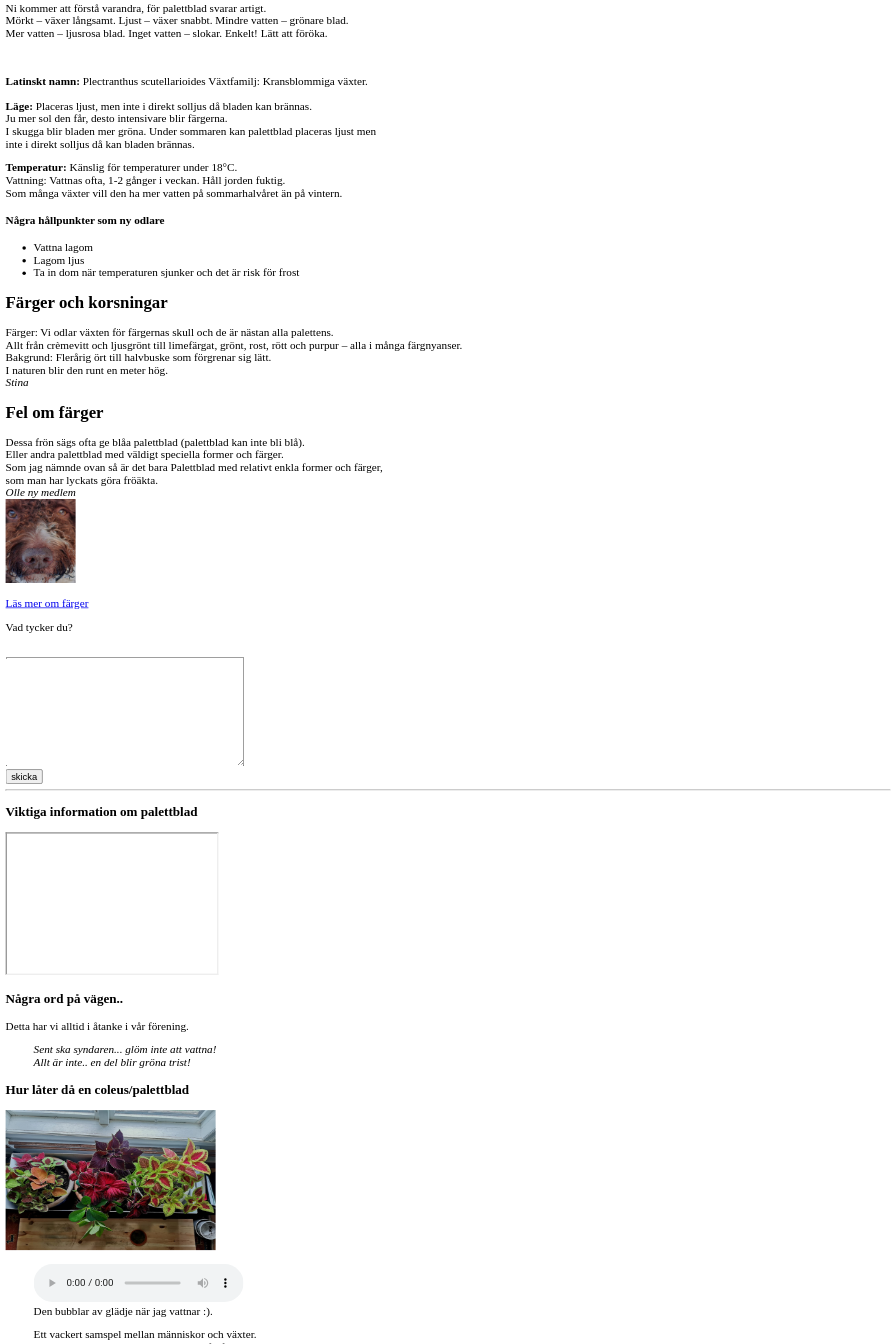
Repository: Webutveckling-20-21/Uppgift-1
Page: blogg.html
These files come from the project's save history. The page is drawn as it stood at one moment and after the next save; the edit follows.
The browser window is 1280 px wide. The pictures show the part of the page from y = 337 to 2257 px (the page is 2975 px tall), at 70% of full size.
Pictures or frames that could not be fetched are drawn as grey boxes.

Above is the page before, as saved 2021-09-07 12:29:28.

### blogg.html
<!DOCTYPE html>
<html lang="sv">

<head>
    <meta charset="UTF-8">
    <meta name="viewport" content="width=device-width, initial-scale=1.0">
    <title>Föreningens blogg</title>
</head>

<body>
    <header>
        <h1>Palettbloggen</h1>
        <!-- Här läggs alla länkar in-->
        <a href="blogg.html"><b> Blogga om paletter</b></a>&nbsp;&nbsp;&nbsp;&nbsp;&nbsp;&nbsp;&nbsp;&nbsp;
        <a href="verksamheten.html"><b> Vad vi gör</b></a>&nbsp;&nbsp;&nbsp;&nbsp;&nbsp;&nbsp;&nbsp;&nbsp;
        <a href="medlemskap.html"><b>Bli medlem</b></a>

    </header>
    <main>
        <section>
            <article>
                <!-- första blogginlägget -->




                  <br>
               <h3> <b> Några ord från ordföranden</b></h3>
                      <img src="images/ord.jpg" width="100" height="100" alt="Ordförande"> <br>
                       <h4>Lite om paletters skötsel</h4>
                </b></p>

                <p> Ni kommer att förstå varandra, för palettblad svarar artigt. <br> Mörkt – växer långsamt. Ljust
                    –
                    växer
                    snabbt. Mindre vatten – grönare blad. <br> Mer vatten – ljusrosa blad. Inget vatten – slokar.
                    Enkelt!
                    Lätt att föröka. </p> <br>

                <p> <b> Latinskt namn:</b> Plectranthus scutellarioides
                    Växtfamilj: Kransblommiga växter. <br> <br>



                   <b> Läge:</b> Placeras ljust, men inte i direkt solljus då bladen kan brännas. <br>
                    Ju mer sol den får, desto
                    intensivare blir färgerna. <br> I skugga blir bladen mer gröna.
                    Under sommaren kan palettblad placeras ljust men <br> inte i direkt solljus då kan bladen
                    brännas.
                    <br>
                </p>

                <b> Temperatur:</b> Känslig för temperaturer under 18°C. <br>

                <b></b> Vattning: Vattnas ofta, 1-2 gånger i veckan. Håll jorden fuktig. <br> Som många växter vill den ha
                mer
                vatten på sommarhalvåret än på vintern. <br>

                <h4>Några hållpunkter som ny odlare</h4>
                <ul>
                    <li>Vattna lagom</li>
                    <li>Lagom ljus</li>
                    <li>Ta in dom när temperaturen sjunker och det är risk för frost</li>
                </ul>
                </p>
            </article>

            <article>
                <!-- Andra inlägget  -->
                <h2>Färger och korsningar</h2>
                <p> Färger: Vi odlar växten för färgernas skull och de är nästan alla palettens. <br> Allt från
                    crèmevitt
                    och ljusgrönt till limefärgat, grönt, rost, rött och purpur – alla i många färgnyanser. <br>
                    Bakgrund:
                    Flerårig ört till halvbuske som förgrenar sig lätt. <br> I naturen blir den runt en meter hög. <br>
                    <i> Stina</i>
                </p>


            </article>

            <article>
                <!-- Tredje inlägget -->
                <h2>Fel om färger</h2>
                <p> Dessa frön sägs ofta ge blåa palettblad (palettblad kan inte bli blå). <br> Eller andra palettblad
                    med
                    väldigt speciella former och färger. <br> Som jag nämnde ovan så är det bara Palettblad med relativt
                    enkla former och färger, <br> som man har lyckats göra fröäkta. <br>
                    <i>Olle ny medlem</i>
                    <br>
                    <img src="images/olle.jpg" width="100" height="120" alt="olle">
                </p>

                <a href="https://coleus.blogg.se/">Läs mer om färger</a>
            </article>
            <label for="bloggpost">
                <p>Vad tycker du?</p>
            </label><br>
            <textarea name="" id="bloggpost" cols="40" rows="10"></textarea><br>
            <input type="submit" value="skicka">
        </section>
    </main>
    <hr>
    <aside>
        <section>
            <article>
                <h3>Viktiga information om palettblad</h3>

                <iframe src="https://youtu.be/BvaeieAXEZY" height="200" width="300" title="Iframe Example"></iframe>
            </article>
        </section>
        <article>
            <h3>Några ord på vägen..</h3>
            Detta har vi alltid i åtanke i vår förening.
            <!-- ett element för citat -->
            <blockquote>
                <i> Sent ska syndaren... glöm inte att vattna!</i>
                <br>
                <i> Allt är inte.. en del blir gröna trist!</i>
                <br>
            </blockquote>
            <h3>Hur låter då en coleus/palettblad</h3>
            <img src="images/pal.jpg" width="300" height="200" alt="en palett">
            <figure>
                <audio controls src="sounds/w.oga"></audio>
                <figcaption>Den bubblar av glädje när jag vattnar :).</figcaption>

                <p> Ett vackert samspel mellan människor och växter. <br>
                    <bold> Detta och mycket annat penetrerar vi på våra möten..</bold>
                </p>
            </figure>


            <figure>
                <blockquote>
                    <p>Det var en vacker aprildag ocg jag tittade på mina paletter och upptäckte till min
                        bestörtning-ohyra.</p>
                </blockquote>
                <figcaption> <cite><a href="https://coleus.blogg.se/2019/july/ohyra-trips-spinn-och-mjoldagg.html">
                            Fasan- ohyra - trips, spinn och mjöldagg</a></cite> </figcaption>
            </figure>

        </article>
        <hr>
        <section>
            <article>
                <h3>Var växer då palettblad?</h3>
                <p>
                    <b> <i> Här har vi en växplats som vi lyckats lokalisera
                            Koarp 266 Halland nära skånegränsen. </i> </b> <br> <br>
                    <hr>

                    <iframe width="300" height="200" src="https://kartor.eniro.se/m/GUsQ0">
                    </iframe> <br>

                    <b> Här ser ni en odlare </b><br>
                    <img src="images/odl.jpg" width="100" height="100" alt="en odlare"> <br>

                </p>
                <hr>
            </article>
        </section>

    </aside> <br><br>
    <hr>
    <footer>
        <p> &copy; Palettföreningen</p>
        <nav>
            <p>
                <a href="blogg.html">Startsidan</a> -
                <a href="villkor.html">Användarvillkor</a> -
                <a href="kontakt.html">Kontakt</a>
            </p>
        </nav>


    </footer>
    <hr>
</body>


</html>

After the next save:
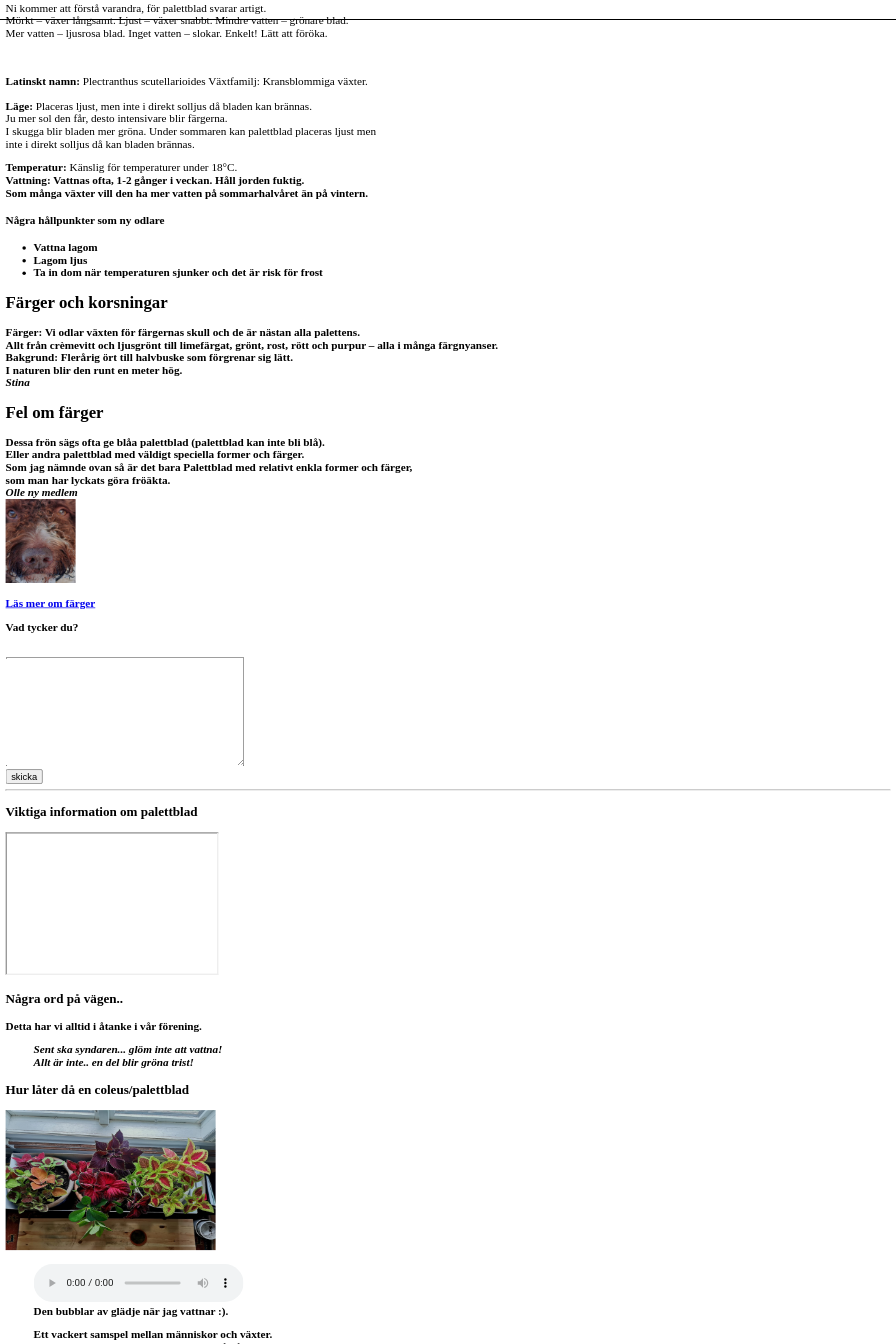
Saved 10 s later.
--- a/blogg.html
+++ b/blogg.html
@@ -52,7 +52,7 @@
 
                 <b> Temperatur:</b> Känslig för temperaturer under 18°C. <br>
 
-                <b></b> Vattning: Vattnas ofta, 1-2 gånger i veckan. Håll jorden fuktig. <br> Som många växter vill den ha
+                <b> Vattning: Vattnas ofta, 1-2 gånger i veckan. Håll jorden fuktig. <br> Som många växter vill den ha
                 mer
                 vatten på sommarhalvåret än på vintern. <br>
 

After the save that followed:
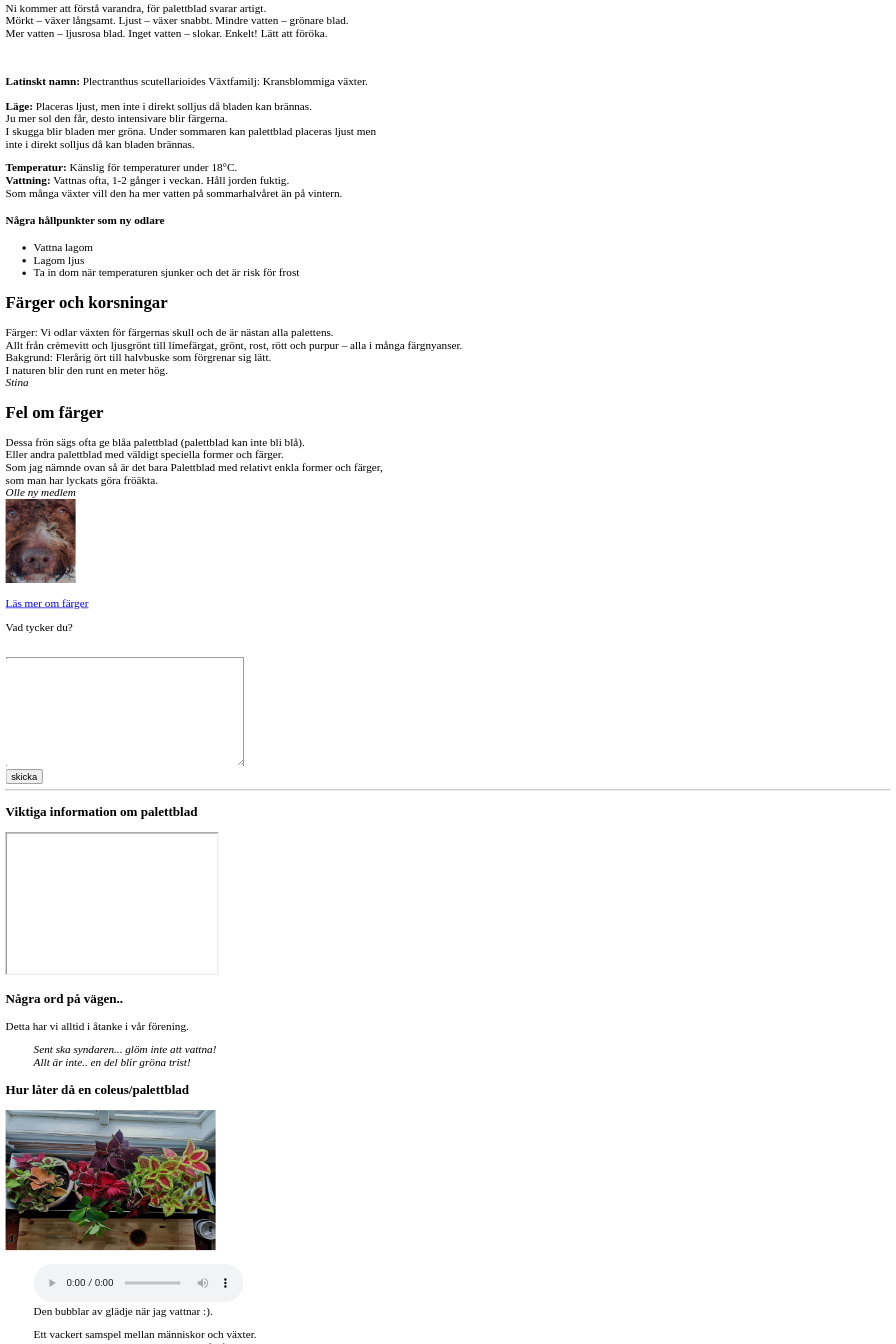
Saved 4 s later.
--- a/blogg.html
+++ b/blogg.html
@@ -52,7 +52,7 @@
 
                 <b> Temperatur:</b> Känslig för temperaturer under 18°C. <br>
 
-                <b> Vattning: Vattnas ofta, 1-2 gånger i veckan. Håll jorden fuktig. <br> Som många växter vill den ha
+                <b> Vattning:</b> Vattnas ofta, 1-2 gånger i veckan. Håll jorden fuktig. <br> Som många växter vill den ha
                 mer
                 vatten på sommarhalvåret än på vintern. <br>
 
